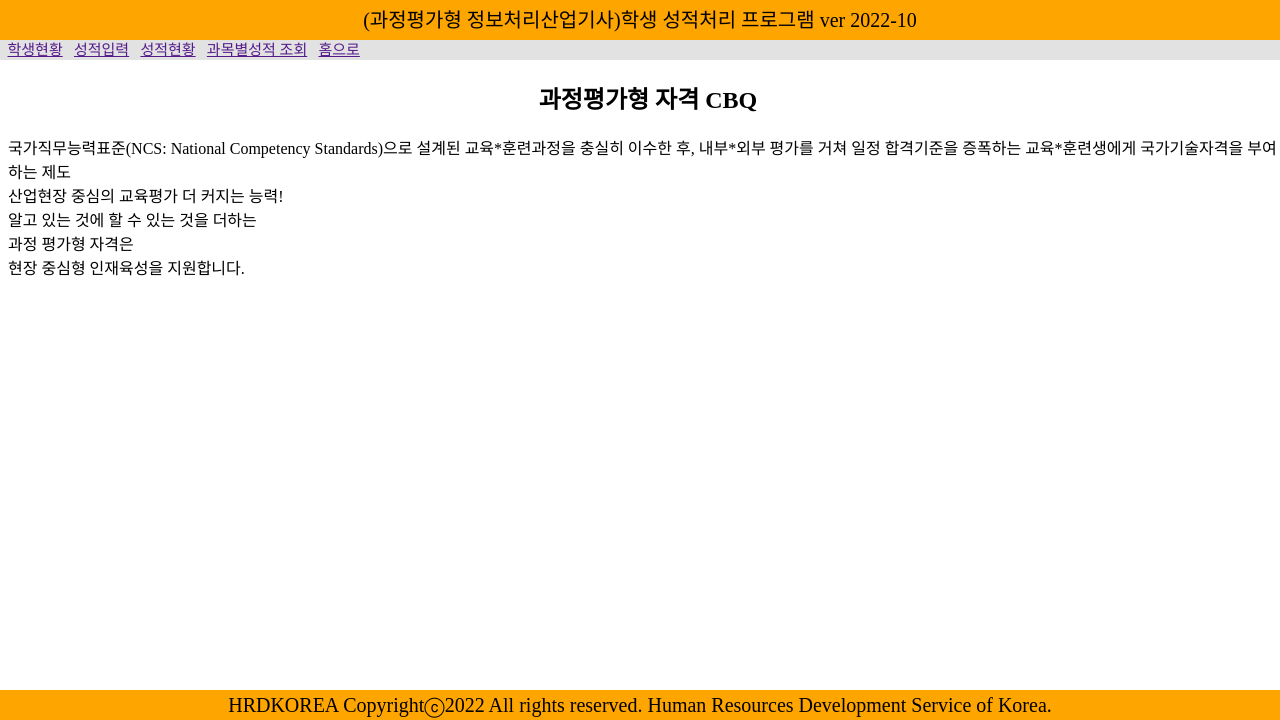
Repository: YeoJeongmo/hrdKorea
Page: http://localhost/HRD_01/
The author's editor kept a copy of each file at every save. The page is drawn from the files as they stood at one save, then again after the next save.
The browser window is 1280 px wide. The pictures show the whole page.
The page is served by Tomcat 9. Other server files are loaded and not shown.

Above is the page before, as saved 2024-09-02 11:40:52.

### cbq_02/workspace/HRD_01/src/main/webapp/index.jsp
<%@ page language="java" contentType="text/html; charset=UTF-8"
    pageEncoding="UTF-8"%>
<!DOCTYPE html>
<html>
<head>
<meta charset="UTF-8">
<title>Insert title here</title>
</head>
<body>
<jsp:include page="header.jsp"></jsp:include>

<section style="position: fixed; top: 60px; width: 100%;">
	<h2 style="text-align: center;">과정평가형 자격 CBQ</h2>
	<p>
	국가직무능력표준(NCS: National Competency Standards)으로 설계된 교육*훈련과정을 충실히 이수한 후, 내부*외부 평가를 거쳐 일정 합격기준을 증폭하는 교육*훈련생에게 국가기술자격을 부여하는 제도<br>
	산업현장 중심의 교육평가 더 커지는 능력!<br>
	알고 있는 것에 할 수 있는 것을 더하는<br>
	과정 평가형 자격은<br>
	현장 중심형 인재육성을 지원합니다.
	</p>
</section>
<jsp:include page="footer.jsp"></jsp:include>

</body>
</html>

### cbq_02/workspace/HRD_01/src/main/webapp/header.jsp
<%@ page language="java" contentType="text/html; charset=UTF-8"
    pageEncoding="UTF-8"%>
<!DOCTYPE html>
<html>
<head>
<meta charset="UTF-8">
<title>Insert title here</title>
</head>
<body>

<header style="position: fixed; top: 0; left: 0; width: 100%; line-height: 40px; height: 40px; font-size: 20px; background-color: orange; color: black; text-align: center;">(과정평가형 정보처리산업기사)학생 성적처리 프로그램 ver 2022-10</header>
<nav style="position: fixed; top: 40px; left: 0; width: 100%; line-height: 20px; height: 20px; font-size: 15px; background-color: #e2e2e2; color: black;">
&nbsp;&nbsp;<a href="">학생현황</a>
&nbsp;&nbsp;<a href="">성적입력</a>
&nbsp;&nbsp;<a href="">성적현황</a>
&nbsp;&nbsp;<a href="">과목별성적 조회</a>
&nbsp;&nbsp;<a href="">홈으로</a>
</nav>

</body>
</html>

### cbq_02/workspace/HRD_01/src/main/webapp/footer.jsp
<%@ page language="java" contentType="text/html; charset=UTF-8"
    pageEncoding="UTF-8"%>
<!DOCTYPE html>
<html>
<head>
<meta charset="UTF-8">
<title>Insert title here</title>
</head>
<body>

<footer style="position: fixed; bottom: 0; left: 0; width: 100%; line-height: 30px; height: 30px; font-size: 20px; background-color: orange; color: black; text-align: center;">HRDKOREA Copyrightⓒ2022 All rights reserved. Human Resources Development Service of Korea.</footer>
</body>
</html>

After the next save:
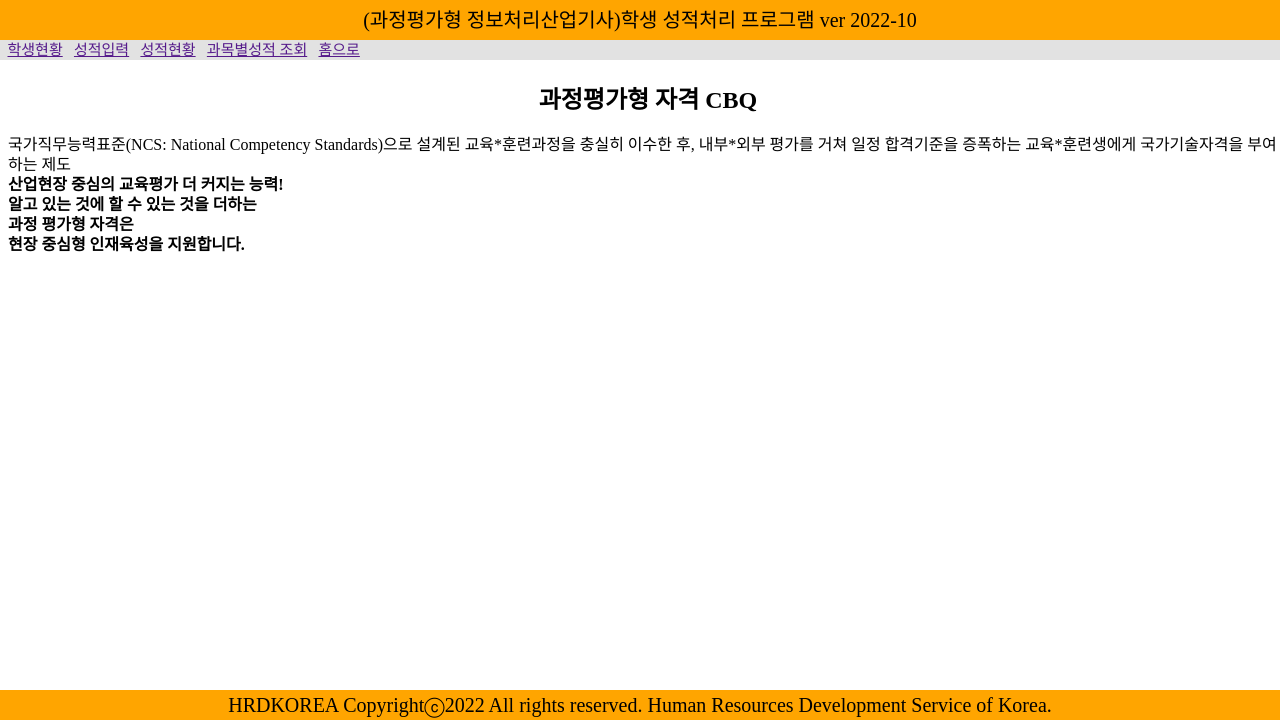
Saved 28 s later.
--- a/cbq_02/workspace/HRD_01/src/main/webapp/index.jsp
+++ b/cbq_02/workspace/HRD_01/src/main/webapp/index.jsp
@@ -11,12 +11,12 @@
 
 <section style="position: fixed; top: 60px; width: 100%;">
 	<h2 style="text-align: center;">과정평가형 자격 CBQ</h2>
-	<p>
+	<p style="line-height: 20px">
 	국가직무능력표준(NCS: National Competency Standards)으로 설계된 교육*훈련과정을 충실히 이수한 후, 내부*외부 평가를 거쳐 일정 합격기준을 증폭하는 교육*훈련생에게 국가기술자격을 부여하는 제도<br>
-	산업현장 중심의 교육평가 더 커지는 능력!<br>
+	<b>산업현장 중심의 교육평가 더 커지는 능력!<br>
 	알고 있는 것에 할 수 있는 것을 더하는<br>
 	과정 평가형 자격은<br>
-	현장 중심형 인재육성을 지원합니다.
+	현장 중심형 인재육성을 지원합니다.</b>
 	</p>
 </section>
 <jsp:include page="footer.jsp"></jsp:include>
